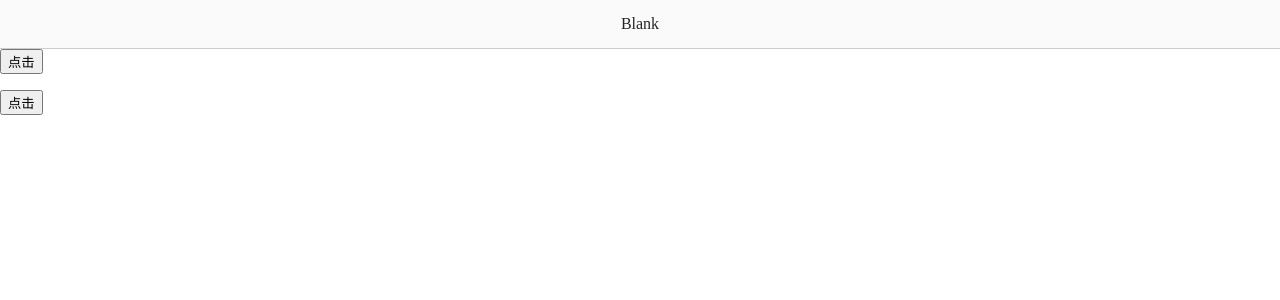
Repository: andycj7/-
Page: web/test2/index.html
The author's editor kept a copy of each file at every save. The page is drawn from the files as they stood at one save, then again after the next save.
The browser window is 1280 px wide. The pictures show the whole page.
After loading, the first visible `#b_1` was clicked once.

Above is the page before, as saved 2020-07-15 01:32:52.

### web/test2/index.html
<html>

<head>
<meta charset="utf-8">
<meta name="viewport"
	content="initial-scale=1, maximum-scale=1, user-scalable=no, width=device-width">
<title>Blank</title>
<link rel="stylesheet" href="css/base.css">
</head>

<body id = "bd_1">
	<div class="title">Blank</div>
	<div class="line"></div>
	<button id = "b_1" onclick="add()">点击</button>
	<p id = 'p1'></p>
</body>
<script>

function add(){
	var button_2 = document.createElement("button");
	button_2.innerHTML = "点击";
	var input_1 = document.createElement("inpute");

	var bd_1 = document.getElementById("bd_1");
	bd_1.appendChild(button_2);
	bd_1.appendChild(input_1);
	bd_1.appendChild(input_1);
}

</script>
</html>

### web/test2/css/base.css
@charset "UTF-8";

body {
	margin: 0;
}

.title {
	height: 48px;
	font-size: 16px;
	line-height: 48px;
	text-align: center;
	color: rgba(0, 0, 0, .85);
	background-color: #fafafa;
}

.line {
	width: 100%;
	height: 1px;
	background-color: rgb(204, 204, 204);
}

After the next save:
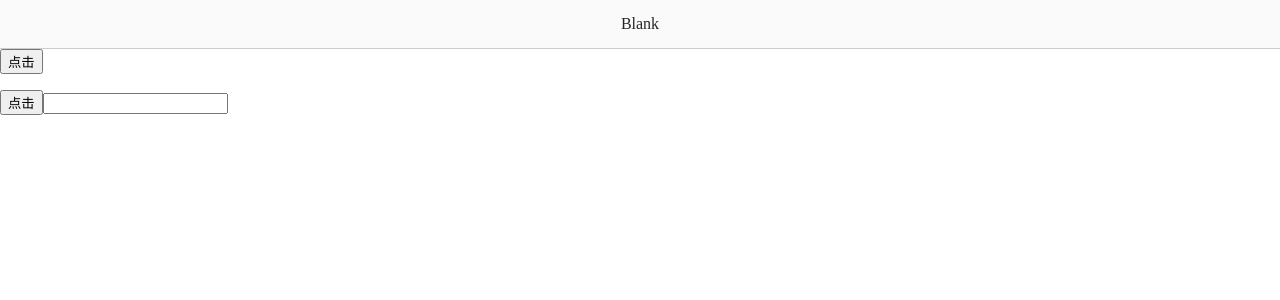
Saved 18 s later.
--- a/web/test2/index.html
+++ b/web/test2/index.html
@@ -19,7 +19,7 @@
 function add(){
 	var button_2 = document.createElement("button");
 	button_2.innerHTML = "点击";
-	var input_1 = document.createElement("inpute");
+	var input_1 = document.createElement("input");
 
 	var bd_1 = document.getElementById("bd_1");
 	bd_1.appendChild(button_2);
